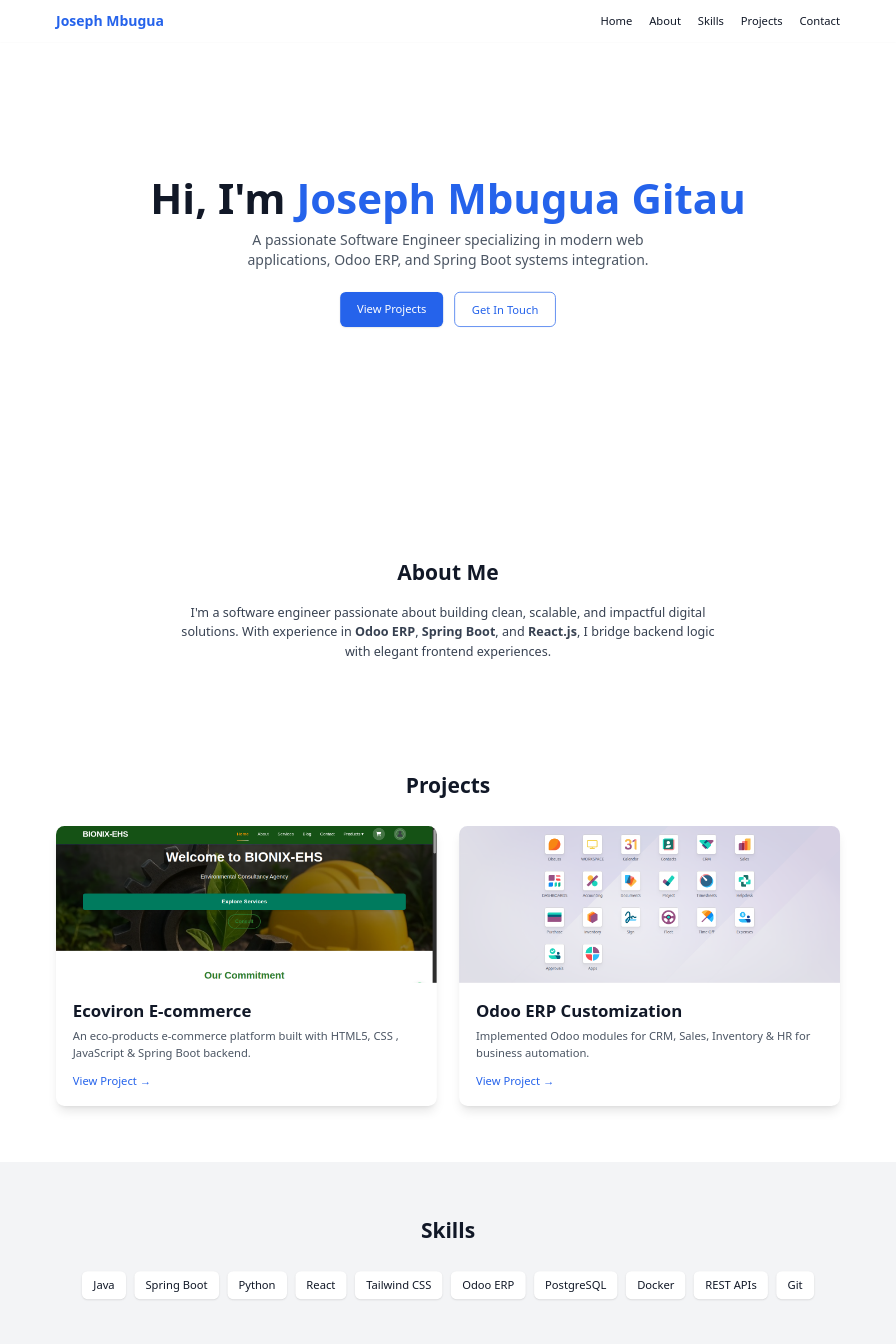
Repository: mbuguag/Portfolio
Page: /
The author's editor kept a copy of each file at every save. The page is drawn from the files as they stood at one save, then again after the next save.
The browser window is 1280 px wide. The pictures show the part of the page from y = 0 to 1920 px (the page is 2593 px tall), at 70% of full size.
The project was rebuilt for these pictures with package versions that can differ from the ones it lists, and the page was loaded fresh each time. Also part of the build but not shown: vite.config.js.

Above is the page before, as saved 2025-10-24 10:09:47.

### index.html
<!doctype html>
<html lang="en">
  <head>
    <meta charset="UTF-8" />
    <link rel="icon" type="image/svg+xml" href="/vite.svg" />
    <meta name="viewport" content="width=device-width, initial-scale=1.0" />
    <title>dev-portfolio</title>
  </head>
  <body>
    <div id="root"></div>
    <script type="module" src="/src/main.jsx"></script>
  </body>
</html>

### src/index.css
@tailwind base;
@tailwind components;
@tailwind utilities;

/* Global */
:root {
  scroll-behavior: smooth;
}

body {
  @apply bg-white text-gray-900 dark:bg-gray-900 dark:text-gray-100 font-sans;
}

/* container helper */
.container {
  @apply max-w-6xl mx-auto px-4;
}

/* small utility */
.section-title {
  @apply text-3xl font-semibold mb-6;
}

.card {
  @apply bg-white dark:bg-gray-800 rounded-xl shadow-sm overflow-hidden;
}

### src/App.jsx
import Navbar from "./components/Navbar/Navbar";
import Hero from "./components/Hero/Hero";
import About from "./components/About/About";
import Projects from "./components/Projects";
import Skills from "./components/Skills/Skills";
import Contact from "./components/Contact/Contact";
import Footer from "./components/Footer/Footer";

function App() {
  return (
    <>
      <Navbar />
      <Hero />
      <About />
      <Projects />
      <Skills />
      <Contact />
      <Footer />
    </>
  );
}

export default App;

### src/components/Navbar/Navbar.jsx
export default function Navbar() {
  return (
    <nav className="fixed w-full bg-white/80 dark:bg-gray-900/80 backdrop-blur-md shadow-sm z-50">
      <div className="container flex justify-between items-center py-4">
        <a href="#home" className="font-bold text-xl text-blue-600">Joseph Mbugua</a>
        <div className="space-x-6 hidden md:flex">
          {["Home", "About", "Skills", "Projects", "Contact"].map((item) => (
            <a key={item} href={`#${item.toLowerCase()}`} className="hover:text-blue-600 transition">{item}</a>
          ))}
        </div>
      </div>
    </nav>
  );
}

### src/components/Hero/Hero.jsx
export default function Hero() {
  return (
    <section id="home" className="flex flex-col items-center justify-center text-center min-h-screen px-6">
      <h1 className="text-4xl sm:text-6xl font-bold mb-4">
        Hi, I'm <span className="text-blue-600">Joseph Mbugua Gitau</span>
      </h1>
      <p className="text-lg sm:text-xl text-gray-600 dark:text-gray-300 max-w-2xl">
        A passionate Software Engineer specializing in modern web applications, Odoo ERP, and Spring Boot systems integration.
      </p>
      <div className="mt-8 flex gap-4">
        <a href="#projects" className="px-6 py-3 bg-blue-600 text-white rounded-lg shadow hover:bg-blue-700 transition">View Projects</a>
        <a href="#contact" className="px-6 py-3 border border-blue-600 text-blue-600 rounded-lg hover:bg-blue-600 hover:text-white transition">Get In Touch</a>
      </div>
    </section>
  );
}

### src/components/About/About.jsx
export default function About() {
  return (
    <section id="about" className="py-20 container">
      <h2 className="text-3xl font-bold mb-6 text-center">About Me</h2>
      <p className="max-w-3xl mx-auto text-lg text-gray-700 dark:text-gray-300 text-center">
        I'm a software engineer passionate about building clean, scalable, and impactful digital solutions.
        With experience in <strong>Odoo ERP</strong>, <strong>Spring Boot</strong>, and <strong>React.js</strong>,
        I bridge backend logic with elegant frontend experiences.
      </p>
    </section>
  );
}

### src/components/Projects.jsx
const projects = [
  {
    title: "Ecoviron E-commerce",
    description: "An eco-products e-commerce platform built with HTML5, CSS , JavaScript & Spring Boot backend.",
    image: "/Bionix.png",
    link: "https://www.bionix-hse.co.ke",
  },
  {
    title: "Odoo ERP Customization",
    description: "Implemented Odoo modules for CRM, Sales, Inventory & HR for business automation.",
    image: "/Odoo.png",
    link: "#",
  },
];

export default function Projects() {
  return (
    <section id="projects" className="py-20 container">
      <h2 className="text-3xl font-bold mb-10 text-center">Projects</h2>
      <div className="grid md:grid-cols-2 gap-8">
        {projects.map((proj) => (
          <div key={proj.title} className="bg-white dark:bg-gray-800 rounded-xl shadow-lg overflow-hidden">
            <img src={proj.image} alt={proj.title} className="w-full h-56 object-cover" />
            <div className="p-6">
              <h3 className="text-2xl font-semibold mb-2">{proj.title}</h3>
              <p className="text-gray-600 dark:text-gray-300 mb-4">{proj.description}</p>
              <a href={proj.link} target="_blank" className="text-blue-600 hover:text-blue-800 dark:text-blue-400 dark:hover:text-blue-200">View Project →</a>
            </div>
          </div>
        ))}
      </div>
    </section>
  );
}

### src/components/Skills/Skills.jsx
const skills = [
  "Java", "Spring Boot", "Python", "React", "Tailwind CSS",
  "Odoo ERP", "PostgreSQL", "Docker", "REST APIs", "Git"
];

export default function Skills() {
  return (
    <section id="skills" className="py-20 bg-gray-100 dark:bg-gray-800">
      <h2 className="text-3xl font-bold mb-10 text-center">Skills</h2>
      <div className="flex flex-wrap justify-center gap-3">
        {skills.map((skill) => (
          <span key={skill} className="px-4 py-2 bg-white dark:bg-gray-700 shadow rounded-lg">
            {skill}
          </span>
        ))}
      </div>
    </section>
  );
}

### src/components/Contact/Contact.jsx
export default function Contact() {
  return (
    <section id="contact" className="py-20 bg-gray-100 dark:bg-gray-800">
      <h2 className="text-3xl font-bold mb-10 text-center">Contact Me</h2>
      <form className="max-w-lg mx-auto space-y-4">
        <input type="text" placeholder="Your Name" className="w-full p-3 rounded-lg border dark:bg-gray-700 dark:border-gray-600" />
        <input type="email" placeholder="Your Email" className="w-full p-3 rounded-lg border dark:bg-gray-700 dark:border-gray-600" />
        <textarea placeholder="Your Message" rows="5" className="w-full p-3 rounded-lg border dark:bg-gray-700 dark:border-gray-600"></textarea>
        <button className="w-full bg-blue-600 text-white py-3 rounded-lg hover:bg-blue-700 transition">Send Message</button>
      </form>
    </section>
  );
}

### src/components/Footer/Footer.jsx
export default function Footer() {
  return (
    <footer className="py-6 text-center text-gray-500 dark:text-gray-400 border-t border-gray-200 dark:border-gray-700">
      © {new Date().getFullYear()} Joseph Mbugua Gitau. All rights reserved.
    </footer>
  );
}

Loaded but not shown: src/main.jsx (common file); tailwind.config.js (common file)

After the next save:
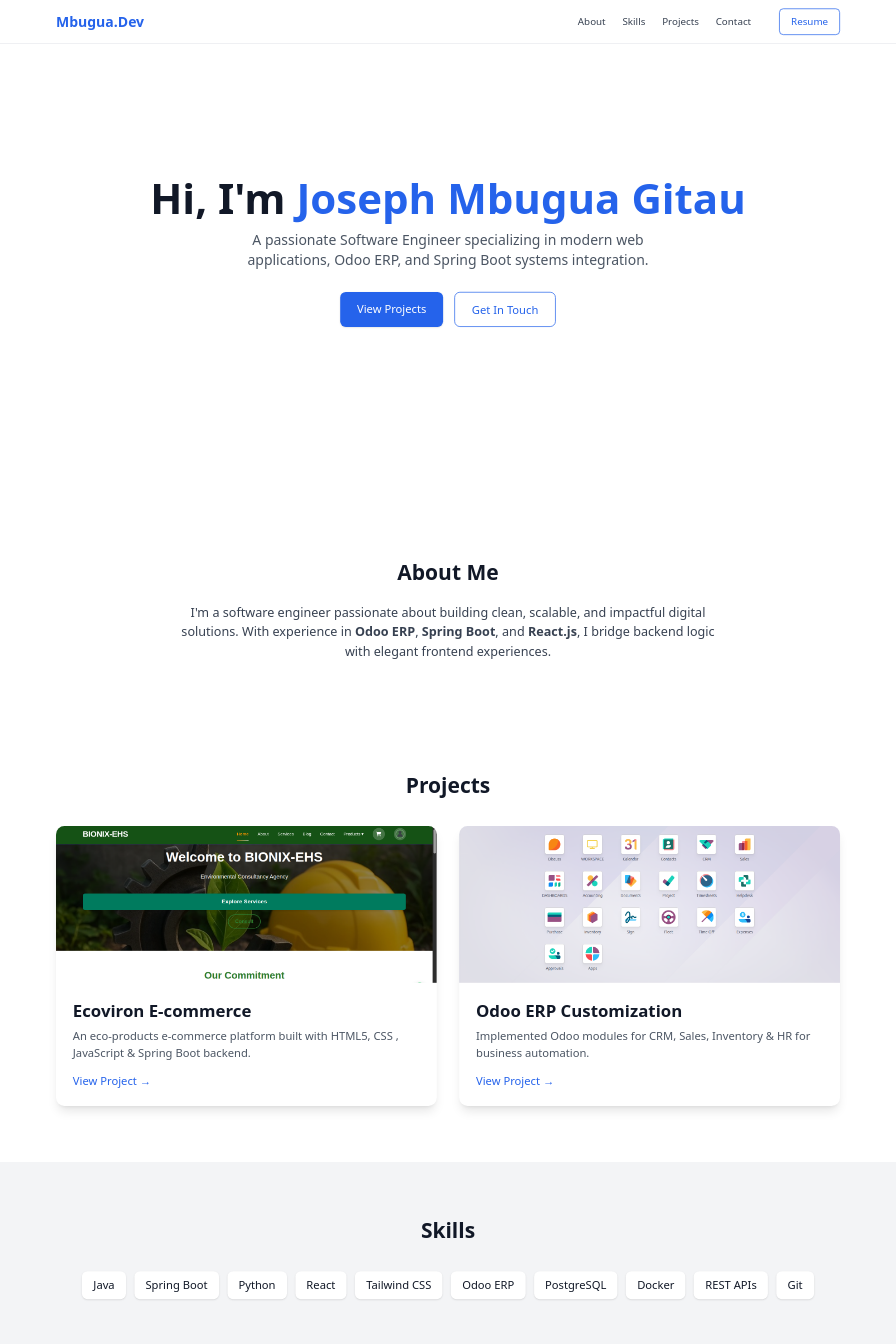
Saved 45 s later.
--- a/src/components/Navbar/Navbar.jsx
+++ b/src/components/Navbar/Navbar.jsx
@@ -1,14 +1,30 @@
+import React from "react";
+
 export default function Navbar() {
   return (
-    <nav className="fixed w-full bg-white/80 dark:bg-gray-900/80 backdrop-blur-md shadow-sm z-50">
-      <div className="container flex justify-between items-center py-4">
-        <a href="#home" className="font-bold text-xl text-blue-600">Joseph Mbugua</a>
-        <div className="space-x-6 hidden md:flex">
-          {["Home", "About", "Skills", "Projects", "Contact"].map((item) => (
-            <a key={item} href={`#${item.toLowerCase()}`} className="hover:text-blue-600 transition">{item}</a>
-          ))}
+    <header className="fixed top-0 left-0 right-0 z-50 bg-white/80 dark:bg-gray-900/80 backdrop-blur-sm border-b border-gray-200 dark:border-gray-800">
+      <div className="container flex items-center justify-between py-3">
+        <a href="#home" className="text-xl font-bold text-blue-600">Mbugua.Dev</a>
+
+        <nav className="hidden md:flex gap-6 items-center text-sm text-gray-700 dark:text-gray-300">
+          <a href="#about" className="hover:text-blue-600">About</a>
+          <a href="#skills" className="hover:text-blue-600">Skills</a>
+          <a href="#projects" className="hover:text-blue-600">Projects</a>
+          <a href="#contact" className="hover:text-blue-600">Contact</a>
+          <a
+            href="/resume.pdf"
+            className="ml-4 inline-block px-4 py-2 text-sm border rounded-md border-blue-600 text-blue-600 hover:bg-blue-600 hover:text-white transition"
+            download
+          >
+            Resume
+          </a>
+        </nav>
+
+        {/* mobile placeholder (expand later if you want a menu) */}
+        <div className="md:hidden text-sm text-gray-700 dark:text-gray-300">
+          <a href="#projects" className="px-3 py-1 bg-blue-600 text-white rounded-md">View Work</a>
         </div>
       </div>
-    </nav>
+    </header>
   );
 }
